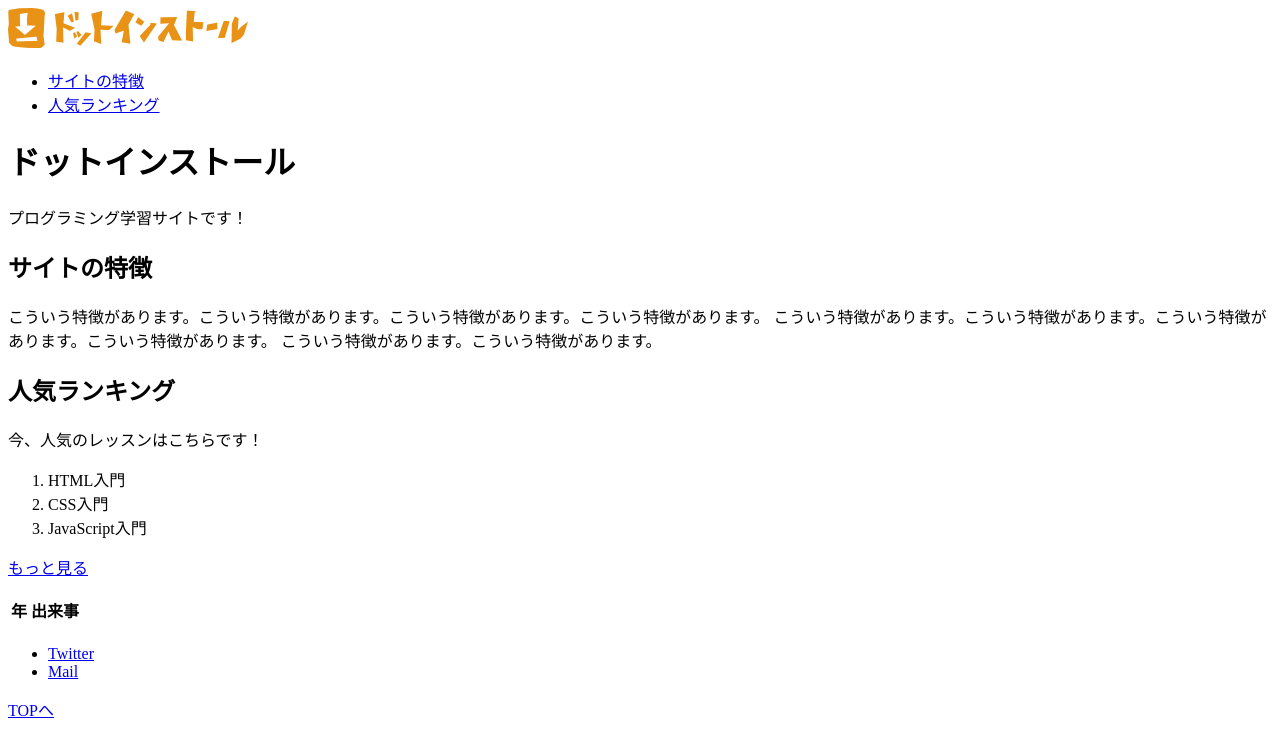
Repository: kojimayu/dotinstall-html
Page: index.html
These files come from the project's save history. The page is drawn as it stood at one moment and after the next save; the edit follows.
The browser window is 1280 px wide. The pictures show the whole page.

Above is the page before, as saved 2019-04-04 18:58:46.

### index.html
<!DOCTYPE html>
<html lang="ja">

<head>
    <meta charset="UTF-8">
    <title>ドットインストール</title>
    <meta name="description" content="プログラミング学習サイトのドットインストールです。">
    <link rel="icon" href="img/favicon.ico">
</head>

<body>
    <img src="img/logo.png" alt="ドットインストールのロゴです" width="240" height="40">

    <ul>
        <li><a href="#features">サイトの特徴</a></li>
        <li><a href="#ranking">人気ランキング</a></li>
    </ul>

    <h1>ドットインストール</h1>
    <p>プログラミング学習サイトです！</p>

    <h2 id="features">サイトの特徴</h2>
    <p>こういう特徴があります。こういう特徴があります。こういう特徴があります。こういう特徴があります。
        こういう特徴があります。こういう特徴があります。こういう特徴があります。こういう特徴があります。
        こういう特徴があります。こういう特徴があります。
    </p>

    <h2 id="ranking">人気ランキング</h2>
    <p>今、人気のレッスンはこちらです！</p>
    <ol>
        <li>HTML入門</li>
        <li>CSS入門</li>
        <li>JavaScript入門</li>
    </ol>
    <p><a href="more_lessons.html">もっと見る</a></p>

    <table>
        <thead>
            <tr><th>年</th><th>出来事</th></tr>
        </thead>
        <tbody>
            <tr></tr>
            <tr></tr>
        </tbody>
    </table>

    <ul>
        <li><a href="https://twitter.com/dotinstall" target="_blank">Twitter</a></li>
        <li><a href="mailto:taguch@gmail.com" target="_blank">Mail</a></li>
    </ul>

    <p><a href="#top">TOPへ</a></p>
</body>

</html>

After the next save:
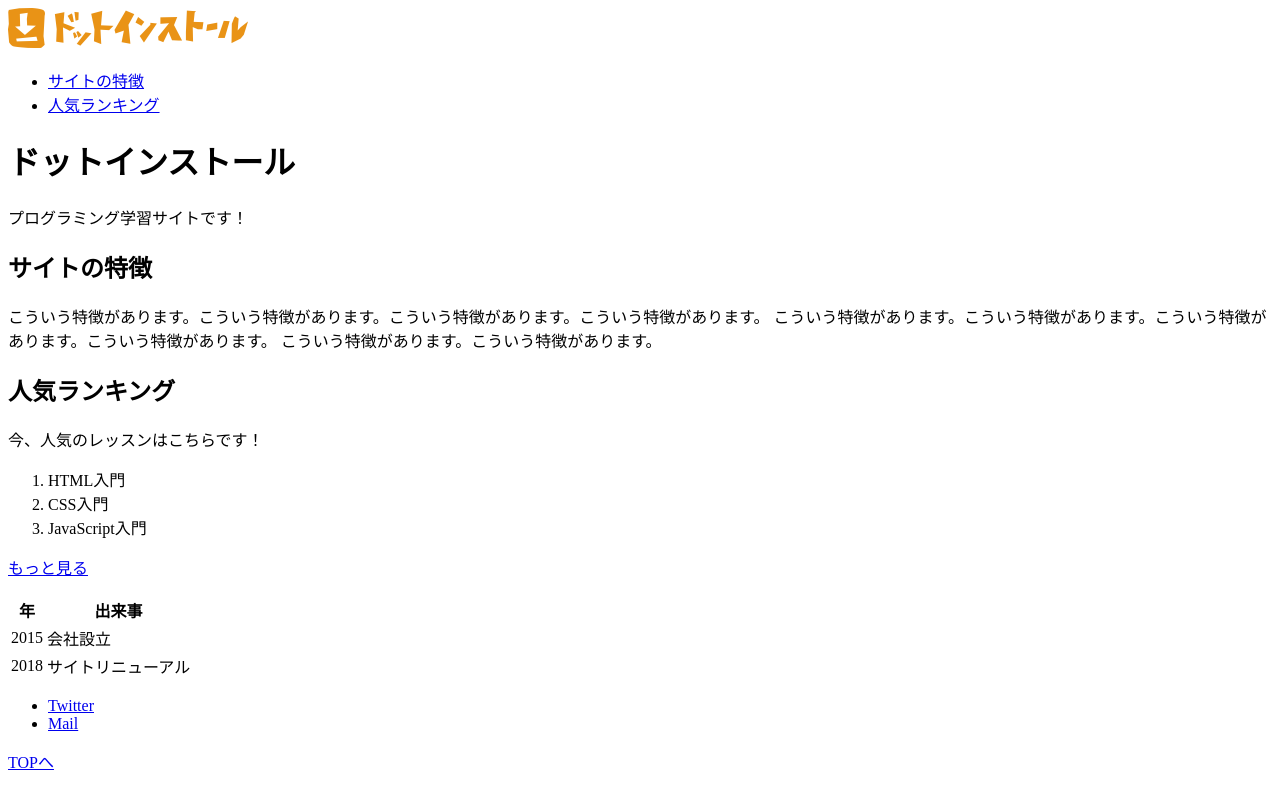
Saved 72 s later.
--- a/index.html
+++ b/index.html
@@ -39,8 +39,8 @@
             <tr><th>年</th><th>出来事</th></tr>
         </thead>
         <tbody>
-            <tr></tr>
-            <tr></tr>
+            <tr><td>2015</td><td>会社設立</td></tr>
+            <tr><td>2018</td><td>サイトリニューアル</td></tr>
         </tbody>
     </table>
 
